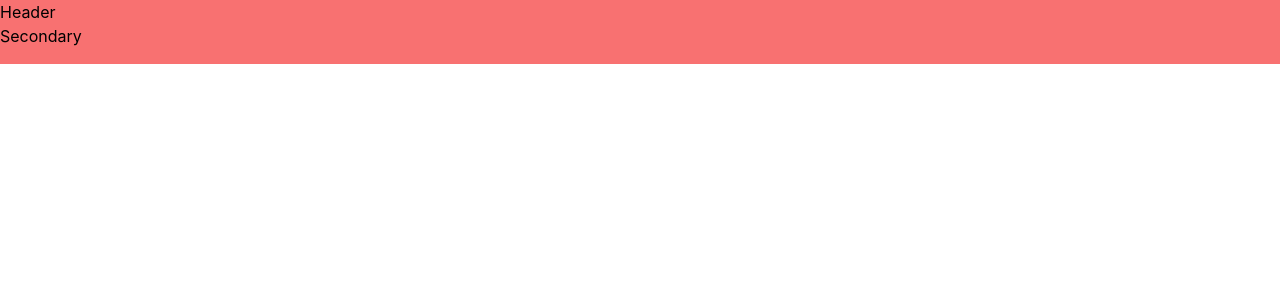
Repository: Sushant203/react-training-
Page: /
These files come from the project's save history. The page is drawn as it stood at one moment and after the next save; the edit follows.
The browser window is 1280 px wide. The pictures show the whole page.
The project was rebuilt for these pictures with package versions that can differ from the ones it lists, and the page was loaded fresh each time. Also part of the build but not shown: src/App.css, src/components/LowerNav.jsx, src/components/UpperNav.jsx.

Above is the page before, as saved 2022-12-19 09:20:02.

After the next save:
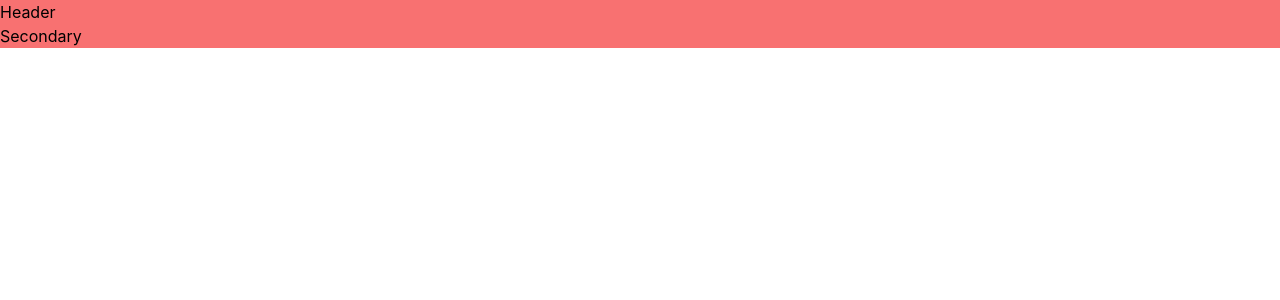
Saved 5 s later.
--- a/src/components/Naviagtion/Toolbar/index.jsx
+++ b/src/components/Naviagtion/Toolbar/index.jsx
@@ -4,7 +4,7 @@ import Secondary from "./Secondary";
 
 function Index() {
   return (
-    <div className="h-16 bg-red-400 w-screen">
+    <div className="h-12 bg-red-400 w-screen">
       <Header />
       <Secondary />
     </div>
